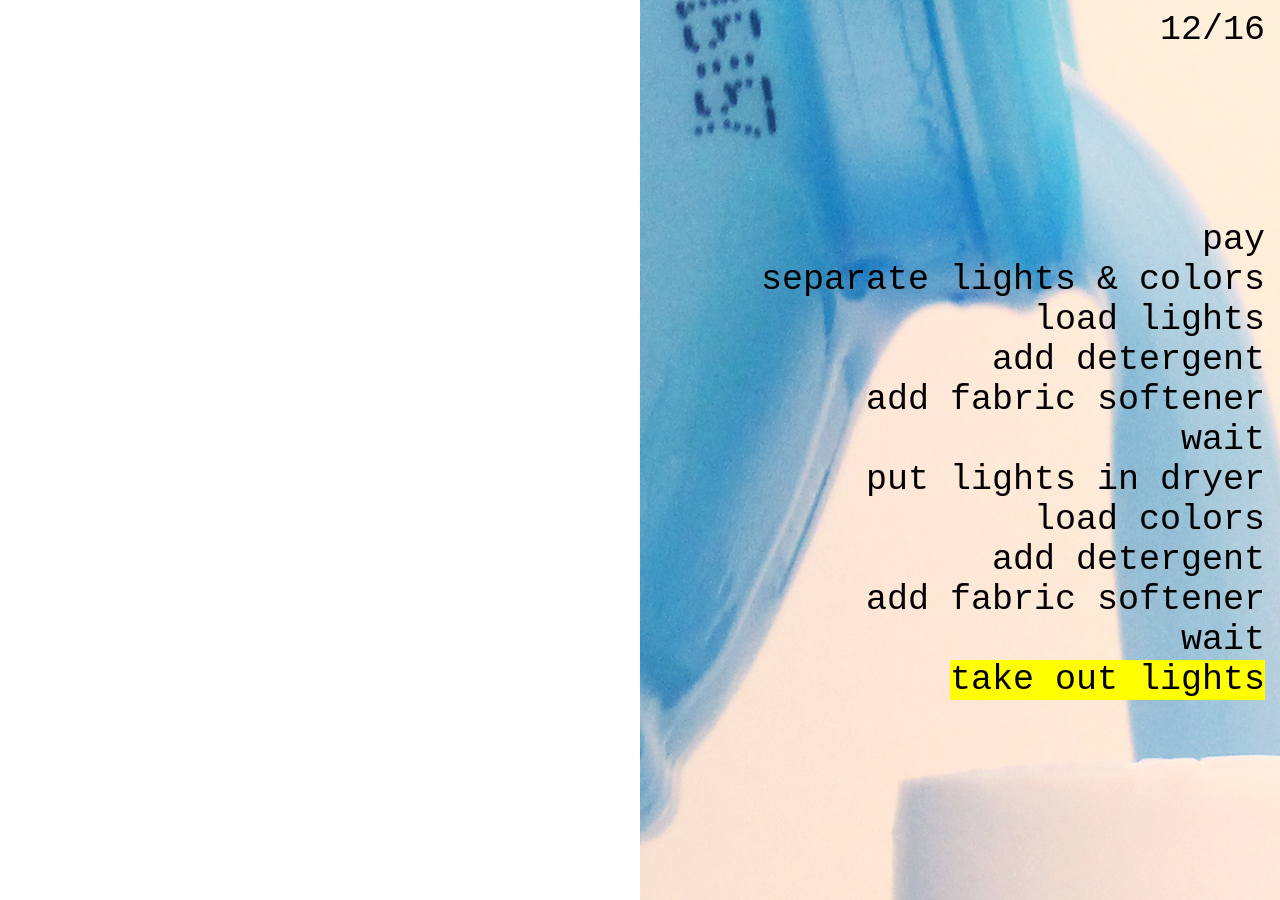
Repository: ortik455/ortik455.github.io
Page: studio/laundrysite/twelve.html
The author's editor kept a record of every edit. The page is drawn from the files as they stood at one moment, then again after the next edit.
The browser window is 1280 px wide. The pictures show the whole page.

Above is the page before.

### studio/laundrysite/twelve.html
<!DOCTYPE html>
<html>
	<head>
	    <link href='http://fonts.googleapis.com/css?family=Inconsolata' rel='stylesheet' type='text/css'>
		<link rel="icon" href="../../studio/favicon.png" sizes="16x16 32x32" type="image/png">
		<link href="laundry.css" rel="stylesheet" type="text/css">
		<title>12/16</title>
	</head>

	<body>
<!--class to call out all the text and use id="" to call out
individual things but dont use ids... -->
	  <div class="text">
		<div class="number">
	  		12/16
	  	</div>
		<div class="steps">
		  	pay
		  	<br>
		  	separate lights &amp; colors
		  	<br>
		  	load lights
		  	<br>
		  	add detergent
		  	<br>
		  	add fabric softener
		  	<br>
		  	wait
		  	<br>
		  	put lights in dryer
		  	<br>
		  	load colors
		  	<br>
		  	add detergent
		  	<br>
		  	add fabric softener
		  	<br>
		  	wait
		  	<br>
		  	<mark>take out lights</mark>
		</div>
	  </div>

	  <div class="photos">
	  	<a href="thirteen.html"><img src="photos/softener2.png"  alt=""></a>
	  </div>
	</body>
</html>

### studio/laundrysite/laundry.css
*, *:before, *:after {
    -webkit-box-sizing: border-box;
       -moz-box-sizing: border-box;
            box-sizing: border-box;

}
.timerbox {
    background: #000000;
    float: left;
    width: 50%;
    height: 900px;
}
.timer {
    position: absolute;
    background: #000000;
    color: #ffffff;
    top: 50%;
    left: 275px;
    font-size: 60px;
}
.timer2 {
    position: absolute;
    background: #000000;
    color: #ffffff;
    top: 50%;
    left: 275px;
    font-size: 60px;
}

body{
	background: #FFFFFF;
	font-size: 0px;
	margin: 0;
	font-family: Courier New, sans-serif;
	height: 100%;
}
.start{
    background-color: #000000;
    font-size: 50px;
    letter-spacing: 6px;
    position: absolute;
    bottom: 50%;
    margin-left: 20px;
}
.mark {
    background-color: #000000;
    color: #FFFFFF;
}
.text {
	font-size: 35px;
    width: 50%;
    height: 715px;
    float: left;
}
.photos {
    width: 50%;
    height: 100%;
    float: left;
    overflow: hidden;
}
.number {
   font-size: 35px;
   position: fixed;
   top: 0px;
   right: 0px;
   padding: 10px 15px 20px 5px;
}
.steps {
   font-size: 35px;
   text-align: right;
   position: fixed;
   bottom: 0px;
   right: 0px;
   padding: 10px 15px 20px 5px;

}
a:link {
    text-decoration:none;
    color: #000000;
    }
a:visited {
    color: #000000;
}
.photos:hover img {
    transform: scale(1.1);
}
.photos img {
    transition: transform 2s ease;
}

After the next edit:
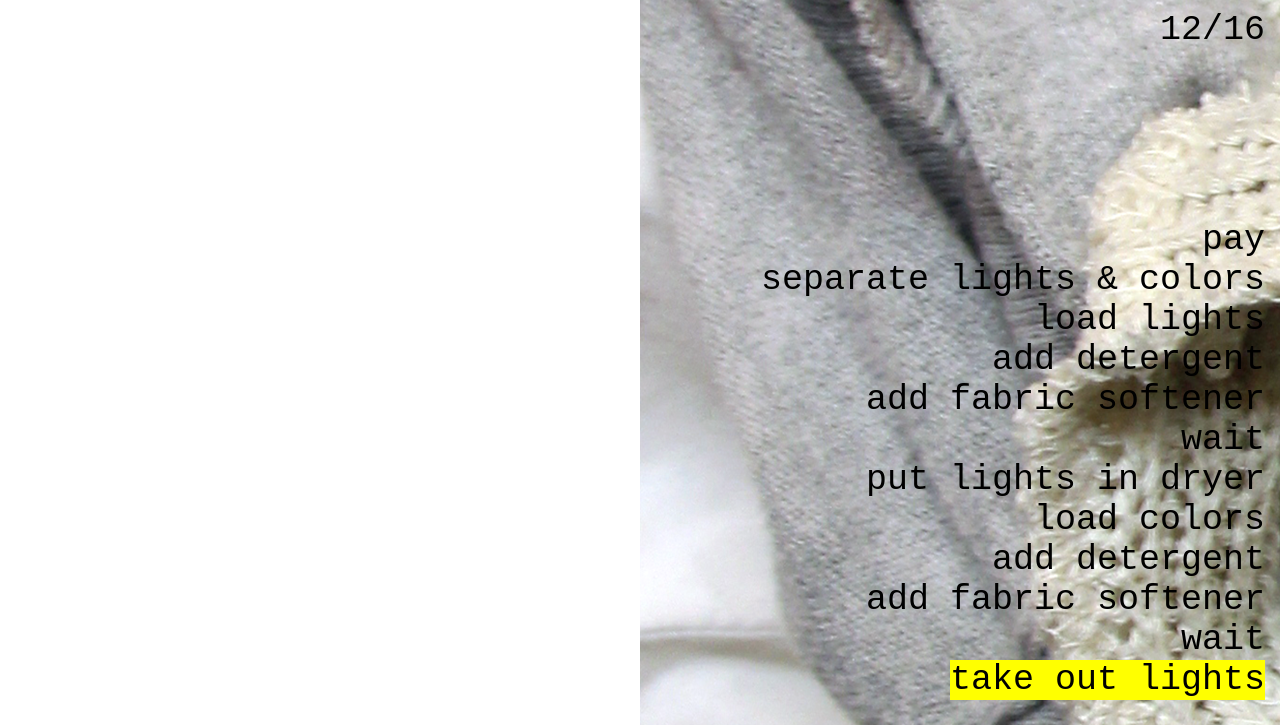
The edit:
--- a/studio/laundrysite/twelve.html
+++ b/studio/laundrysite/twelve.html
@@ -42,7 +42,7 @@
 	  </div>
 
 	  <div class="photos">
-	  	<a href="thirteen.html"><img src="photos/softener2.png"  alt=""></a>
+	  	<a href="thirteen.html"><img src="photos/unloadlights2.png"  alt=""></a>
 	  </div>
 	</body>
 </html>
